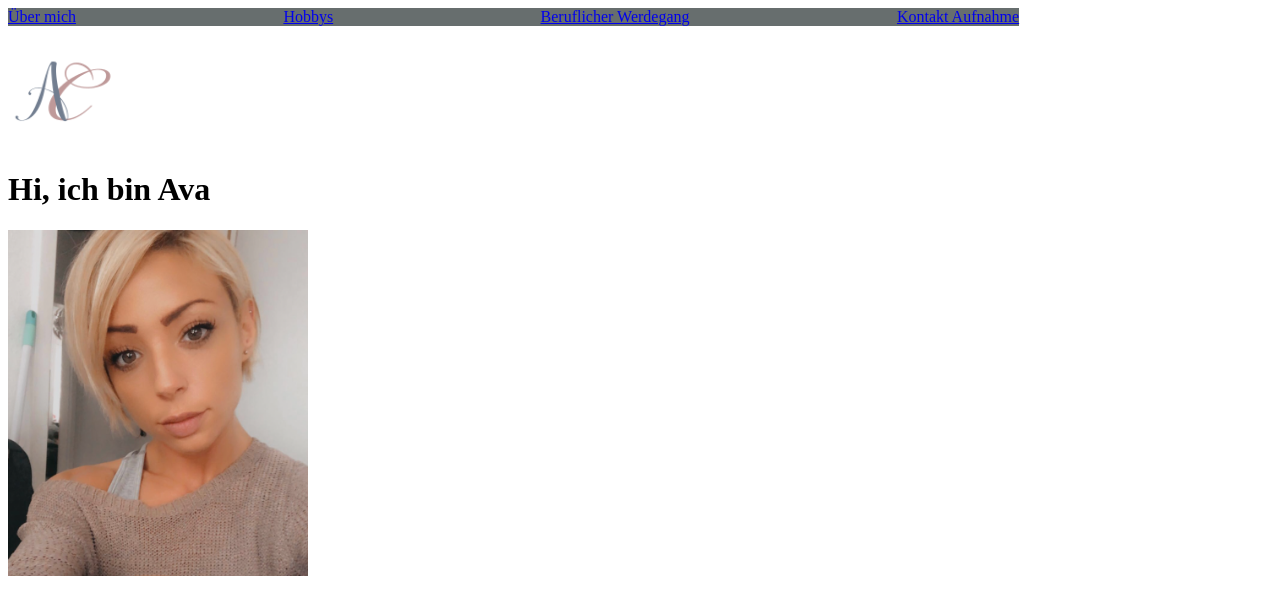
Repository: Ava-VictoriaCrivello/website
Page: index.html
The author's editor kept a copy of each file at every save. The page is drawn from the files as they stood at one save, then again after the next save.
The browser window is 1280 px wide. The pictures show the whole page.
Some web fonts or font styles are not loaded; a fallback is used.

Above is the page before, as saved 2022-05-29 12:09:29.

### index.html
<!DOCTYPE html>
<html lang="en">
  <head>
    <meta charset="UTF-8" />
    <meta http-equiv="X-UA-Compatible" content="IE=edge" />
    <meta name="viewport" content="width=device-width, initial-scale=1.0" />
    <title>website</title>
    <link rel="stylesheet" href="style.css" />
    <link rel="preconnect" href="https://fonts.googleapis.com" />
    <link rel="preconnect" href="https://fonts.gstatic.com" crossorigin />
    <link
      href="https://fonts.googleapis.com/css2?family=Tiro+Telugu:ital@1&display=swap"
      rel="stylesheet"
    />
  </head>
  <body>
    <nav>
      <a class="button" href="#aboutme">Über mich</a>
      <a class="button" href="#hobbys">Hobbys</a>
      <a class="button" href="#work">Beruflicher Werdegang</a>
      <a class="button" href="#contact">Kontakt Aufnahme</a>
    </nav>

    <header>
      <img src="logo.png" width="120px" , height="" />
      <h1>Hi, ich bin Ava</h1>
      <img src="ich.png" width="300px" , height="" />
    </header>
  </body>
</html>

### style.css
nav {
  background-color: rgb(103, 110, 110);
  font-family: "Tiro Telugu", serif;
  display: flex;
  justify-content: space-between;
  width: 80%;
  flex-wrap: wrap;
  gap: 20px 10px;
}

After the next save:
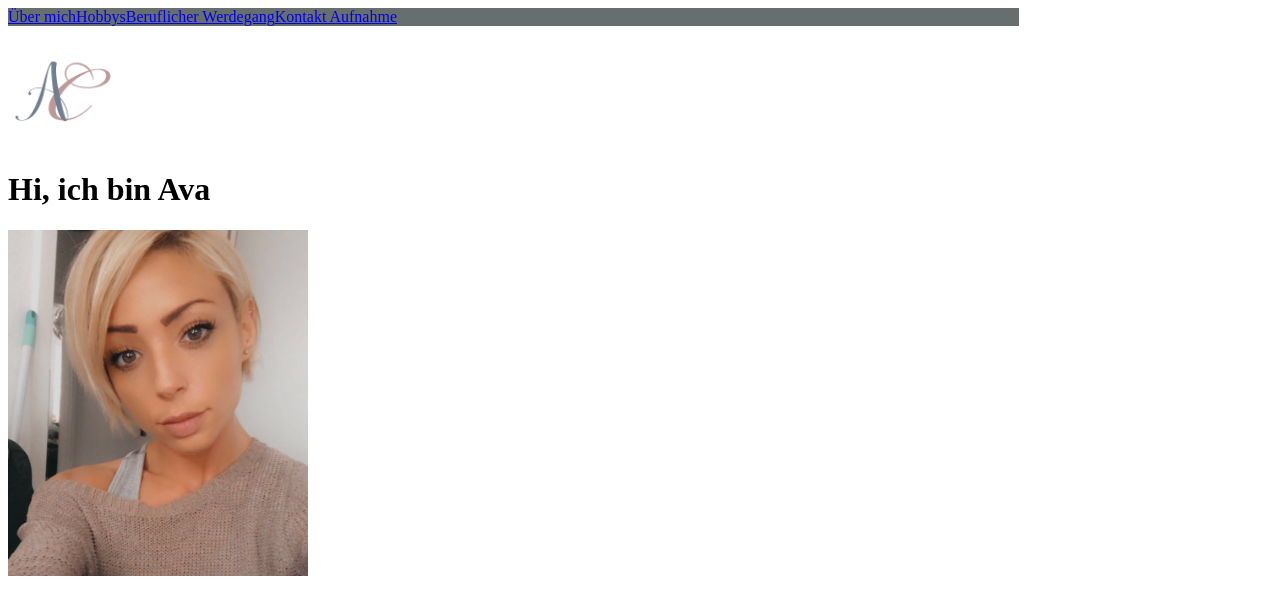
Saved 2 min 55 s later.
--- a/style.css
+++ b/style.css
@@ -2,8 +2,8 @@ nav {
   background-color: rgb(103, 110, 110);
   font-family: "Tiro Telugu", serif;
   display: flex;
-  justify-content: space-between;
+  justify-content: baseline;
+  align-items: center;
   width: 80%;
-  flex-wrap: wrap;
-  gap: 20px 10px;
+  row-gap: 25px;
 }
